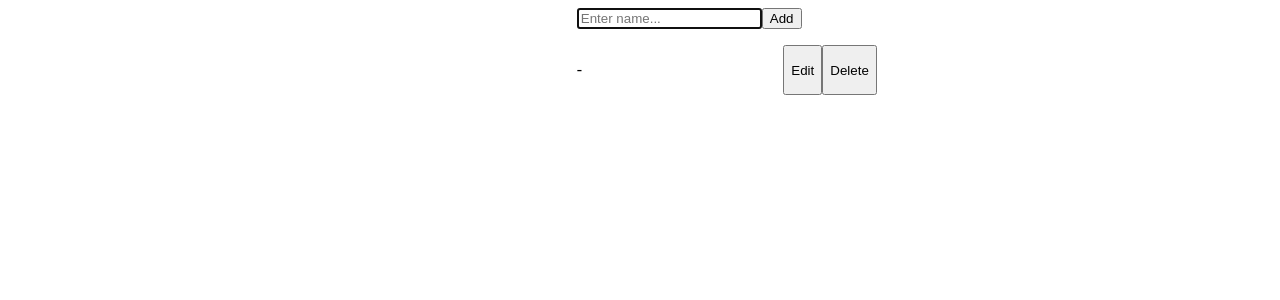
Repository: dohuuxuyen/redux-todolist
Page: /, after clicking the first element matching `button`
These files come from the project's save history. The page is drawn as it stood at one moment and after the next save; the edit follows.
The browser window is 1280 px wide. The pictures show the whole page.
The project was rebuilt for these pictures with package versions that can differ from the ones it lists, and the page was loaded fresh each time. Also part of the build but not shown: src/App.css.

Above is the page before, as saved 2022-04-30 13:59:10.

After the next save:
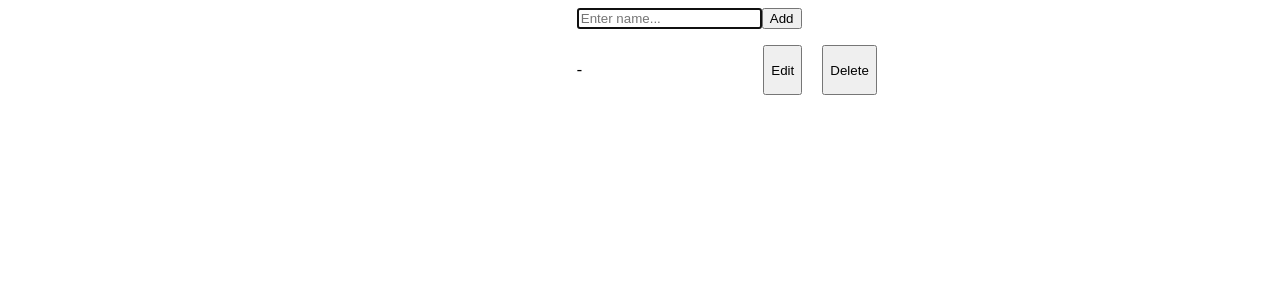
Saved 30 s later.
--- a/src/components/Todos/Todos.jsx
+++ b/src/components/Todos/Todos.jsx
@@ -41,7 +41,10 @@ const Todos = () => {
             <button style={{}} onClick={() => handleDelete(index)}>
               Edit
             </button>
-            <button style={{}} onClick={() => handleDelete(index)}>
+            <button
+              style={{ marginLeft: "20px" }}
+              onClick={() => handleDelete(index)}
+            >
               Delete
             </button>
           </li>
